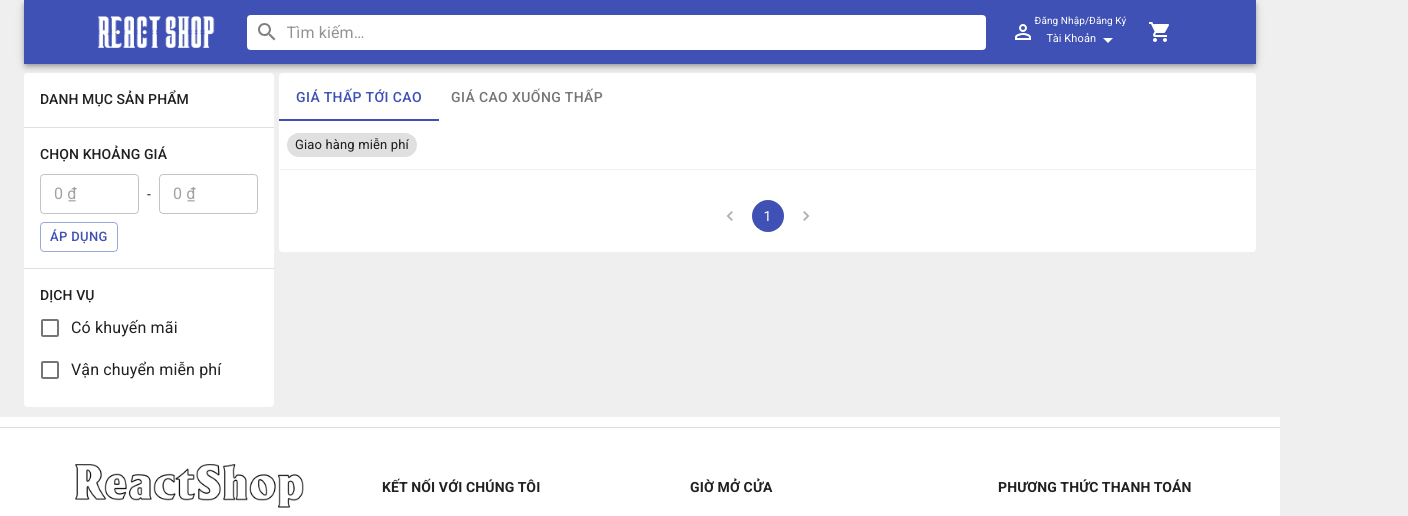
Repository: tvsinh/learn-react
Page: /
These files come from the project's save history. The page is drawn as it stood at one moment and after the next save; the edit follows.
The browser window is 1280 px wide. The page is 1408 px wide, so the pictures cover 1408 px, including what lies to the right of the window. The pictures show the part of the page from y = 0 to 516 px (the page is 2409 px tall).
Pictures or frames that could not be fetched are drawn as grey boxes. The page's requests for data from a server got no answer. The project was rebuilt for these pictures with package versions that can differ from the ones it lists, and the page was loaded fresh each time. No one was signed in, and anything a server would have sent is missing. Also part of the build but not shown: src/components/form-controls/InputField/index.jsx, src/features/Todo/components/TodoForm/index.jsx, src/components/form-controls/PasswordField/index.jsx, src/features/Auth/components/LoginForm/index.jsx, src/features/Auth/components/Login/index.jsx, src/features/Auth/components/RegisterForm/index.jsx, src/features/Auth/components/Register/index.jsx, src/features/Cart/components/MiniSuccessCart.jsx and 48 more.

Above is the page before, as saved 2021-08-11 21:17:42.

### public/index.html
<!DOCTYPE html>
<html lang="en">
  <head>
    <meta charset="utf-8" />
    <link rel="icon" href="%PUBLIC_URL%/shop.ico" />
    <meta name="viewport" content="width=device-width, initial-scale=1" />
    <meta name="theme-color" content="#000000" />
    <meta
      name="description"
      content="Web site created using create-react-app"
    />
    <link rel="apple-touch-icon" href="%PUBLIC_URL%/store.png" />
    <!--
      manifest.json provides metadata used when your web app is installed on a
      user's mobile device or desktop. See https://developers.google.com/web/fundamentals/web-app-manifest/
    -->
    <link rel="manifest" href="%PUBLIC_URL%/manifest.json" />
    <!--
      Notice the use of %PUBLIC_URL% in the tags above.
      It will be replaced with the URL of the `public` folder during the build.
      Only files inside the `public` folder can be referenced from the HTML.

      Unlike "/favicon.ico" or "favicon.ico", "%PUBLIC_URL%/favicon.ico" will
      work correctly both with client-side routing and a non-root public URL.
      Learn how to configure a non-root public URL by running `npm run build`.
    -->
    <link rel="stylesheet" href="https://fonts.googleapis.com/css?family=Roboto:300,400,500,700&display=swap" />
    <title>React Shop</title>
  </head>
  <body>
    <noscript>You need to enable JavaScript to run this app.</noscript>
    <div id="root"></div>
    <!--
      This HTML file is a template.
      If you open it directly in the browser, you will see an empty page.

      You can add webfonts, meta tags, or analytics to this file.
      The build step will place the bundled scripts into the <body> tag.

      To begin the development, run `npm start` or `yarn start`.
      To create a production bundle, use `npm run build` or `yarn build`.
    -->
  </body>
</html>

### src/index.css
html {
  background-color: rgb(239, 239, 239);
}

body {
  margin: 0;
  font-family: -apple-system, BlinkMacSystemFont, 'Segoe UI', 'Roboto', 'Oxygen',
    'Ubuntu', 'Cantarell', 'Fira Sans', 'Droid Sans', 'Helvetica Neue',
    sans-serif;
  -webkit-font-smoothing: antialiased;
  -moz-osx-font-smoothing: grayscale;
}

code {
  font-family: source-code-pro, Menlo, Monaco, Consolas, 'Courier New',
    monospace;
}

### src/features/Product/index.jsx
import { Box } from '@material-ui/core';
import React from 'react';
import { Route, Switch, useRouteMatch } from 'react-router-dom';
import DetailPage from './pages/DetailPage';
import ListPage from './pages/ListPage';

function ProductFeature(props) {
  const match = useRouteMatch();

  return (
    <Box>
      <Switch>
        <Route path={match.url} exact component={ListPage} />
        <Route path={`${match.url}/:productId`} component={DetailPage} />
      </Switch>
    </Box>
  );
}

export default ProductFeature;

### src/components/Header/index.jsx
import { makeStyles } from '@material-ui/core/styles';
import Toolbar from '@material-ui/core/Toolbar';
import Typography from '@material-ui/core/Typography';
import MenuIcon from '@material-ui/icons/Menu';
import AccountCircle from '@material-ui/icons/AccountCircle';
import { Badge, Box, Container, IconButton, Menu, MenuItem } from '@material-ui/core';
import AppBar from '@material-ui/core/AppBar';
import Button from '@material-ui/core/Button';
import Dialog from '@material-ui/core/Dialog';
import DialogContent from '@material-ui/core/DialogContent';
import {
  ArrowBack,
  ArrowDropDown,
  Close,
  Home,
  PermIdentityOutlined,
  ShoppingCart,
} from '@material-ui/icons';
import BackToTop from 'components/BackToTop';
import Login from 'features/Auth/components/Login';
import Register from 'features/Auth/components/Register';
import { hideDialog, logout, showDialog } from 'features/Auth/userSlice';
import { cartItemsLenghtSelector } from 'features/Cart/selectors';
import SearchInput from 'features/SearchInput';
import queryString from 'query-string';
import React, { useEffect, useState } from 'react';
import { useDispatch, useSelector } from 'react-redux';
import { Link, useHistory } from 'react-router-dom';
import { useLocation } from 'react-router';
import SuccessCart from 'features/Cart/components/MiniSuccessCart';
import PropTypes from 'prop-types';
import { setFocusSearch } from 'features/Cart/cartSlice';

const useStyles = makeStyles((theme) => ({
  root: {
    position: 'static',

    [theme.breakpoints.down('md')]: {
      position: 'fixed',
      width: '100%',
      zIndex: '2',
      top: '0',
    },
  },
  input: {},
  infor: {
    display: 'flex',
  },
  userName: {
    width: '135px',
  },
  boxUser: {
    textAlign: 'center',
  },
  login: {
    fontSize: '10px',
    textTransform: 'capitalize',
  },
  loginInfo: {
    display: 'flex',
    fontSize: '11px',
    alignItems: 'center',
    marginLeft: '12px',
    textTransform: 'capitalize',
  },
  user: {
    fontSize: '10px',
    marginLeft: '-15px',
    textTransform: 'capitalize',
  },
  userInfo: {
    display: 'flex',
    fontSize: '11px',
    alignItems: 'center',
    marginLeft: '5px',
    textTransform: 'capitalize',
  },
  appbar: {
    padding: '0',
    [theme.breakpoints.up('md')]: {
      padding: theme.spacing(0, 5),
    },
  },
  toolbar: {
    padding: '0',
    display: 'flex',
    justifyContent: 'space-between',
    [theme.breakpoints.up('md')]: {
      padding: theme.spacing(0, 4),
    },
  },

  title: {
    cursor: 'pointer',
    display: 'flex',
    alignItems: 'center',
  },
  link: {
    color: '#fff',
    textDecoration: 'none',
  },
  closeButton: {
    position: 'absolute',
    top: theme.spacing(1),
    right: theme.spacing(1),
    color: theme.palette.grey[500],
    zIndex: 1,
  },
  grow: {
    // flexGrow: 1,
  },

  logo: {
    marginRight: theme.spacing(0),
    listStyle: 'none',
    color: '#FFF',
  },

  sectionDesktop: {
    display: 'none',
    [theme.breakpoints.up('md')]: {
      display: 'flex',
    },
  },
  sectionMobile: {
    display: 'flex',
    [theme.breakpoints.up('md')]: {
      display: 'none',
    },
  },
  logoutMobile: {
    width: '100%',
    borderTop: '1px solid rgba(0, 0, 0, .3)',
    display: 'flex',
    alignItems: 'center',
    justifyContent: 'center',
  },
  logoutMobileText: {
    fontSize: '18px',
    color: 'rgb(0, 127, 240)',
  },
}));

Header.propTypes = {
  showMiniCart: PropTypes.bool,
};

const MODE = {
  LOGIN: 'login',
  REGISTER: 'register',
};

export default function Header({ showMiniCart }) {
  const classes = useStyles();
  const [mobileMoreAnchorEl, setMobileMoreAnchorEl] = React.useState(null);

  const [anchorEl, setAnchorEl] = useState(null);
  const isMobileMenuOpen = Boolean(mobileMoreAnchorEl);

  const dispatch = useDispatch();

  // backIcon
  const [backIcon, setBackIcon] = useState(false);
  const location = useLocation();

  useEffect(() => {
    const params = queryString.parse(location.search);
    const origin = window.location.origin;
    const href = window.location.href;
    if (params['category.searchTerm'] || href !== `${origin}/products`) {
      setBackIcon(true);
    }
    if (href === `${origin}/products?_limit=12&_page=1&_sort=salePrice%3AASC`) {
      setBackIcon(false);
    }

    return null;
  }, [location.search, location.href, location.origin]);

  // end backIcon
  const loggedInUser = useSelector((state) => state.user.current);
  const cartItemsLenght = useSelector(cartItemsLenghtSelector);
  const isLoggedIn = !!loggedInUser.id;
  const history = useHistory();

  const setDialogLogin = useSelector((state) => state.user.showDialogLogin);
  // const [open, setOpen] = useState(false);
  const [mode, setMode] = useState(MODE.LOGIN);
  const handleClickOpen = () => {
    // setOpen(true);
    dispatch(showDialog());
    handleMobileMenuClose();
  };

  const handleClose = () => {
    // setOpen(false);
    dispatch(hideDialog());
  };

  const handleUserClick = (event) => {
    setAnchorEl(event.currentTarget);
  };

  const handleMyAccount = () => {
    history.push('/account');
  };

  const handleCloseMenu = () => {
    setAnchorEl(null);
  };

  const handleLogoutClick = () => {
    const action = logout();
    dispatch(action);
    setAnchorEl(null);
    window.location.reload();
  };

  const handleCartClick = () => {
    history.push('/cart');
  };

  const handleFilterSearch = (value) => {
    const formValue = {
      _q: value,
    };
    dispatch(setFocusSearch(true));
    history.push({
      pathname: '/products',
      search: queryString.stringify(formValue),
    });
  };

  const handleHome = () => {
    history.push({
      pathname: '/',
    });
  };
  const handleBack = () => {
    history.goBack();
  };

  // const handleProfileMenuOpen = (event) => {
  //   setAnchorEl(event.currentTarget);
  // };

  const handleMobileMenuClose = () => {
    setMobileMoreAnchorEl(null);
  };

  const handleMobileMenuOpen = (event) => {
    setMobileMoreAnchorEl(event.currentTarget);
  };

  const menuId = 'primary-search-account-menu';
  const renderMenu = (
    <Menu
      id={menuId}
      className={classes.sectionDesktop}
      anchorEl={anchorEl}
      keepMounted
      open={Boolean(anchorEl)}
      onClose={handleCloseMenu}
      anchorOrigin={{
        vertical: 'bottom',
        horizontal: 'right',
      }}
      transformOrigin={{
        vertical: 'top',
        horizontal: 'right',
      }}
      getContentAnchorEl={null}
    >
      <MenuItem onClick={handleMyAccount}>Tài khoản của tôi</MenuItem>
      <MenuItem onClick={handleLogoutClick}>Thoát tài khoản</MenuItem>
    </Menu>
  );

  const mobileMenuId = 'primary-search-account-menu-mobile';
  const renderMobileMenu = (
    <Menu
      className={classes.sectionMobile}
      anchorEl={mobileMoreAnchorEl}
      id={mobileMenuId}
      keepMounted
      open={isMobileMenuOpen}
      onClose={handleMobileMenuClose}
      getContentAnchorEl={null}
      anchorOrigin={{ vertical: 'bottom', horizontal: 'left' }}
      transformOrigin={{ vertical: 'top', horizontal: 'left' }}
    >
      {!isLoggedIn && (
        <MenuItem onClick={handleClickOpen}>
          <IconButton color="inherit">
            <AccountCircle />
          </IconButton>
          <Typography>Đăng nhập</Typography>
        </MenuItem>
      )}
      {isLoggedIn && (
        <MenuItem onClick={handleMyAccount}>
          <IconButton
            color="inherit"
            aria-label="account of current user"
            aria-controls="primary-search-account-menu"
            aria-haspopup="true"
          >
            <AccountCircle />
          </IconButton>
          <Typography>{loggedInUser.fullName}</Typography>
        </MenuItem>
      )}
      <MenuItem onClick={handleHome}>
        <IconButton color="inherit">
          <Home />
        </IconButton>
        <Typography>Trang chủ</Typography>
      </MenuItem>
      {isLoggedIn && (
        <MenuItem className={classes.logoutMobile} onClick={handleLogoutClick}>
          <Box>
            <Typography className={classes.logoutMobileText}>Đăng xuất</Typography>
          </Box>
        </MenuItem>
      )}
    </Menu>
  );

  return (
    <Box className={classes.root}>
      <Container>
        <BackToTop />
        <AppBar position="static" className={classes.appbar}>
          <Toolbar className={classes.toolbar}>
            {backIcon && (
              <IconButton color="inherit" className={classes.sectionMobile} onClick={handleBack}>
                <ArrowBack />
              </IconButton>
            )}
            <IconButton
              color="inherit"
              className={classes.sectionMobile}
              aria-label="show more"
              aria-controls={mobileMenuId}
              aria-haspopup="true"
              onClick={handleMobileMenuOpen}
            >
              <MenuIcon />
            </IconButton>
            <Typography variant="h6" onClick={handleHome} className={classes.title}>
              <Link to="/" className={`${classes.link} + ${classes.sectionDesktop}`}>
                <img alt="reactShopLogo" src="/ReactShop.png" width="120px" height="32px" />
              </Link>
            </Typography>

            <SearchInput onSubmit={handleFilterSearch} className={classes.input} />

            <Box className={classes.infor}>
              <div className={classes.sectionDesktop}>
                {!isLoggedIn && (
                  <Button color="inherit" onClick={handleClickOpen} className={classes.userName}>
                    <PermIdentityOutlined />
                    <Box>
                      <Typography className={classes.login}>Đăng nhập/Đăng ký</Typography>
                      <Typography className={classes.loginInfo}>
                        Tài khoản
                        <ArrowDropDown />
                      </Typography>
                    </Box>
                  </Button>
                )}

                {isLoggedIn && (
                  <Button color="inherit" onClick={handleUserClick} className={classes.userName}>
                    <PermIdentityOutlined />
                    <Box>
                      <Typography className={classes.user}>Tài khoản</Typography>
                      <Typography className={classes.userInfo}>
                        {loggedInUser.fullName}
                        <ArrowDropDown />
                      </Typography>
                    </Box>
                  </Button>
                )}
              </div>

              <IconButton aria-label="cart item" color="inherit" onClick={handleCartClick}>
                <Badge badgeContent={cartItemsLenght} color="secondary">
                  <ShoppingCart />
                </Badge>
              </IconButton>
              {showMiniCart ? <SuccessCart /> : null}
            </Box>
          </Toolbar>
        </AppBar>

        <Dialog
          disableBackdropClick
          disableEscapeKeyDown
          open={setDialogLogin}
          onClose={handleClose}
          aria-labelledby="form-dialog-title"
        >
          <IconButton className={classes.closeButton} onClick={handleClose}>
            <Close />
          </IconButton>

          <DialogContent>
            {mode === MODE.REGISTER && (
              <>
                <Register closeDialog={handleClose} />

                <Box textAlign="center">
                  <Typography display="inline">Already have an account.</Typography>
                  <Button display="inline" color="primary" onClick={() => setMode(MODE.LOGIN)}>
                    Login here
                  </Button>
                </Box>
              </>
            )}

            {mode === MODE.LOGIN && (
              <>
                <Login closeDialog={handleClose} />

                <Box textAlign="center">
                  <Typography display="inline">Dont have an account.</Typography>
                  <Button display="inline" color="primary" onClick={() => setMode(MODE.REGISTER)}>
                    Register here
                  </Button>
                </Box>
              </>
            )}
          </DialogContent>
        </Dialog>
        {renderMobileMenu}
        {renderMenu}
      </Container>
    </Box>
  );
}

### src/features/Product/components/ProductList.jsx
import { Box, Grid } from '@material-ui/core';
import PropTypes from 'prop-types';
import React from 'react';
import Product from './Product';

ProductList.propTypes = {
  data: PropTypes.array,
};

ProductList.defaultProps = {
  data: [],
};

function ProductList({ data }) {
  return (
    <Box
      style={{
        borderLeft: 'solid 1px #FFF',
        borderRight: 'solid 1px #FFF',
      }}
    >
      <Grid
        container
        style={{
          borderTop: 'solid 1px #f1f1f1',
          borderLeft: 'solid 1px #f1f1f1',
        }}
      >
        {data.map((product) => (
          <Grid item key={product.id} xs={6} sm={6} md={4} lg={3}>
            <Product product={product} />
          </Grid>
        ))}
      </Grid>
    </Box>
  );
}

export default ProductList;

### src/features/Product/components/ProductSort.jsx
import React from 'react';
import PropTypes from 'prop-types';
import { Tab, Tabs } from '@material-ui/core';
import { makeStyles } from '@material-ui/core/styles';

ProductSort.propTypes = {
  currentSort: PropTypes.string.isRequired,
  onChange: PropTypes.func,
};

const useStyles = makeStyles((theme) => ({
  root: {
    [theme.breakpoints.down('md')]: {
      minHeight: '35px',
      padding: theme.spacing(0),
      margin: theme.spacing(0),
    },
  },
  sort: {
    [theme.breakpoints.down('md')]: {
      minHeight: '35px',
      padding: theme.spacing(0, 1),
      fontSize: '12.9px',
    },
    [theme.breakpoints.between('sm', 'md')]: {
      marginTop: theme.spacing(1),
    },
  },
}));
function ProductSort({ currentSort, onChange }) {
  const classes = useStyles();

  const handleSortChange = (event, newValue) => {
    if (onChange) onChange(newValue);
  };

  return (
    <Tabs
      value={currentSort}
      indicatorColor="primary"
      textColor="primary"
      onChange={handleSortChange}
      aria-label="disabled tabs example"
      className={classes.root}
    >
      <Tab label="Giá thấp tới cao" value="salePrice:ASC" className={classes.sort}></Tab>
      <Tab label="Giá cao xuống thấp" value="salePrice:DESC" className={classes.sort}></Tab>
    </Tabs>
  );
}

export default ProductSort;

### src/features/Product/components/Filters/FilterByService.jsx
import { Box, Checkbox, FormControlLabel, makeStyles, Typography } from '@material-ui/core';
import PropTypes from 'prop-types';
import React from 'react';

const useStyles = makeStyles((theme) => ({
  root: {
    padding: theme.spacing(2),
    borderTop: `1px solid ${theme.palette.grey[300]}`,
  },

  list: {
    padding: 0,
    margin: 0,
    listStyleType: 'none',

    '& > li': {
      margin: 0,
    },
  },
}));

FilterByService.propTypes = {
  filters: PropTypes.object,
  onChange: PropTypes.func,
};

function FilterByService({ filters = {}, onChange }) {
  const classes = useStyles();

  const handleChange = (e) => {
    if (!onChange) return;
    const { name, checked } = e.target;
    onChange({
      [name]: checked,
      _page: 1, // Reset page to first
    });
  };

  return (
    <Box className={classes.root}>
      <Typography variant="subtitle2">DỊCH VỤ</Typography>

      <ul className={classes.list}>
        {[
          { value: 'isPromotion', label: 'Có khuyến mãi' },
          { value: 'isFreeShip', label: 'Vận chuyển miễn phí' },
        ].map((service) => (
          <li key={service.value}>
            <FormControlLabel
              control={
                <Checkbox
                  // checked={Boolean(filters[service.value])}
                  checked={filters[service.value] === 'true'}
                  onChange={handleChange}
                  name={service.value}
                  color="primary"
                />
              }
              label={service.label}
            />
          </li>
        ))}
      </ul>
    </Box>
  );
}

export default FilterByService;

### src/features/Product/components/CategorySkeletonList.jsx
import React from 'react';
import PropTypes from 'prop-types';
import { Box, Grid, makeStyles } from '@material-ui/core';
import { Skeleton } from '@material-ui/lab';

CategorySkeletonList.propTypes = {
  length: PropTypes.number,
};

const useStyles = makeStyles((theme) => ({
  root: {
    display: 'flex',
    flexDirection: 'column',
  },
  skeleton: {
    margin: theme.spacing(0.5, 0),
  },
}));

function CategorySkeletonList({ length = 6 }) {
  const classes = useStyles();
  return (
    <Box>
      <Grid container className={classes.root}>
        {Array.from(new Array(length)).map((x, index) => (
          <Skeleton key={index} variant="text" width={100} className={classes.skeleton} />
        ))}
      </Grid>
    </Box>
  );
}

export default CategorySkeletonList;

Loaded but not shown: src/reportWebVitals.js (common file); src/App.css (common file); src/utils/index.js (common file); src/features/Cart/cartSlice.js (54 lines, source omitted); src/features/Auth/userSlice.js (61 lines, source omitted); src/features/CheckOut/orderSlice.js (57 lines, source omitted); src/api/axiosClient.js (46 lines, source omitted); src/App.js (36 lines, source omitted); src/api/productApi.js (49 lines, source omitted); src/index.js (31 lines, source omitted); src/api/userApi.js (33 lines, source omitted); src/features/Cart/selectors.js (17 lines, source omitted); src/api/categoryApi.js (28 lines, source omitted); src/app/store.js (16 lines, source omitted); src/constants/storage-keys.js (8 lines, source omitted); src/utils/common.js (3 lines, source omitted); src/features/Product/pages/ListPage.jsx (305 lines, source omitted); src/features/Product/components/Filters/FilterByPrice.jsx (177 lines, source omitted); src/components/Footer/index.jsx (154 lines, source omitted); src/features/Product/components/FilterViewer.jsx (143 lines, source omitted); src/features/SearchInput/index.jsx (140 lines, source omitted); src/features/Product/components/ProductFilters.jsx (104 lines, source omitted); src/components/BackToTop/index.jsx (91 lines, source omitted); src/features/Product/components/Filters/FilterByCategory.jsx (83 lines, source omitted); src/features/Product/components/ProductSkeletonList.jsx (77 lines, source omitted)

After the next save:
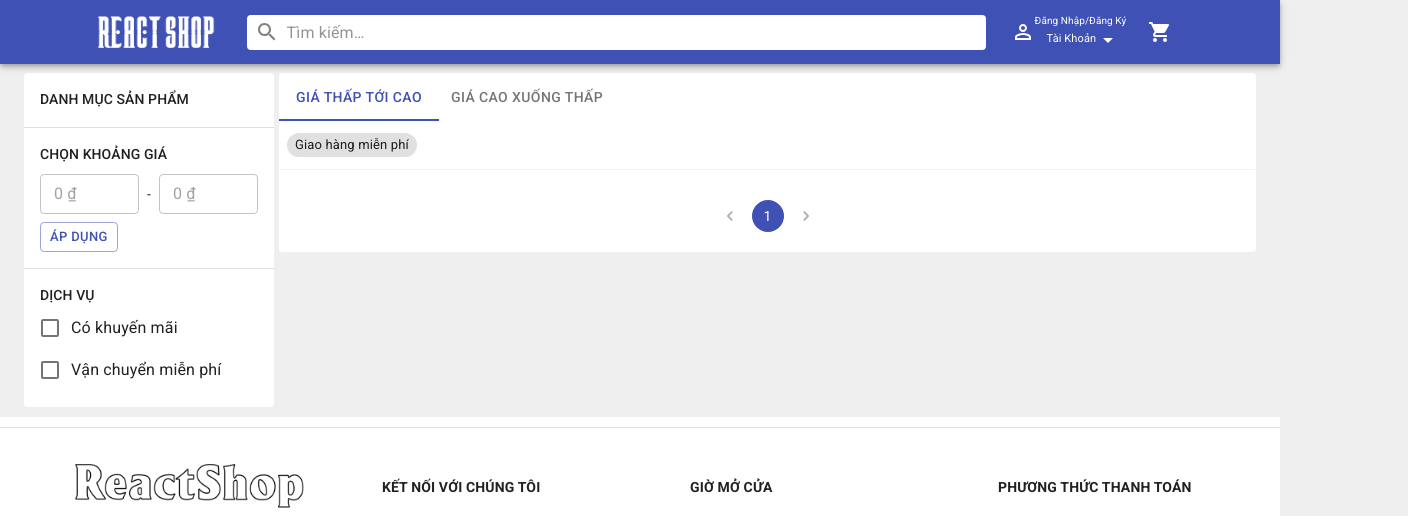
Saved 49 s later.
--- a/src/components/Header/index.jsx
+++ b/src/components/Header/index.jsx
@@ -328,9 +328,9 @@ export default function Header({ showMiniCart }) {
 
   return (
     <Box className={classes.root}>
-      <Container>
-        <BackToTop />
-        <AppBar position="static" className={classes.appbar}>
+      <BackToTop />
+      <AppBar position="static" className={classes.appbar}>
+        <Container>
           <Toolbar className={classes.toolbar}>
             {backIcon && (
               <IconButton color="inherit" className={classes.sectionMobile} onClick={handleBack}>
@@ -392,50 +392,50 @@ export default function Header({ showMiniCart }) {
               {showMiniCart ? <SuccessCart /> : null}
             </Box>
           </Toolbar>
-        </AppBar>
-
-        <Dialog
-          disableBackdropClick
-          disableEscapeKeyDown
-          open={setDialogLogin}
-          onClose={handleClose}
-          aria-labelledby="form-dialog-title"
-        >
-          <IconButton className={classes.closeButton} onClick={handleClose}>
-            <Close />
-          </IconButton>
-
-          <DialogContent>
-            {mode === MODE.REGISTER && (
-              <>
-                <Register closeDialog={handleClose} />
-
-                <Box textAlign="center">
-                  <Typography display="inline">Already have an account.</Typography>
-                  <Button display="inline" color="primary" onClick={() => setMode(MODE.LOGIN)}>
-                    Login here
-                  </Button>
-                </Box>
-              </>
-            )}
-
-            {mode === MODE.LOGIN && (
-              <>
-                <Login closeDialog={handleClose} />
-
-                <Box textAlign="center">
-                  <Typography display="inline">Dont have an account.</Typography>
-                  <Button display="inline" color="primary" onClick={() => setMode(MODE.REGISTER)}>
-                    Register here
-                  </Button>
-                </Box>
-              </>
-            )}
-          </DialogContent>
-        </Dialog>
-        {renderMobileMenu}
-        {renderMenu}
-      </Container>
+        </Container>
+      </AppBar>
+
+      <Dialog
+        disableBackdropClick
+        disableEscapeKeyDown
+        open={setDialogLogin}
+        onClose={handleClose}
+        aria-labelledby="form-dialog-title"
+      >
+        <IconButton className={classes.closeButton} onClick={handleClose}>
+          <Close />
+        </IconButton>
+
+        <DialogContent>
+          {mode === MODE.REGISTER && (
+            <>
+              <Register closeDialog={handleClose} />
+
+              <Box textAlign="center">
+                <Typography display="inline">Already have an account.</Typography>
+                <Button display="inline" color="primary" onClick={() => setMode(MODE.LOGIN)}>
+                  Login here
+                </Button>
+              </Box>
+            </>
+          )}
+
+          {mode === MODE.LOGIN && (
+            <>
+              <Login closeDialog={handleClose} />
+
+              <Box textAlign="center">
+                <Typography display="inline">Dont have an account.</Typography>
+                <Button display="inline" color="primary" onClick={() => setMode(MODE.REGISTER)}>
+                  Register here
+                </Button>
+              </Box>
+            </>
+          )}
+        </DialogContent>
+      </Dialog>
+      {renderMobileMenu}
+      {renderMenu}
     </Box>
   );
 }
